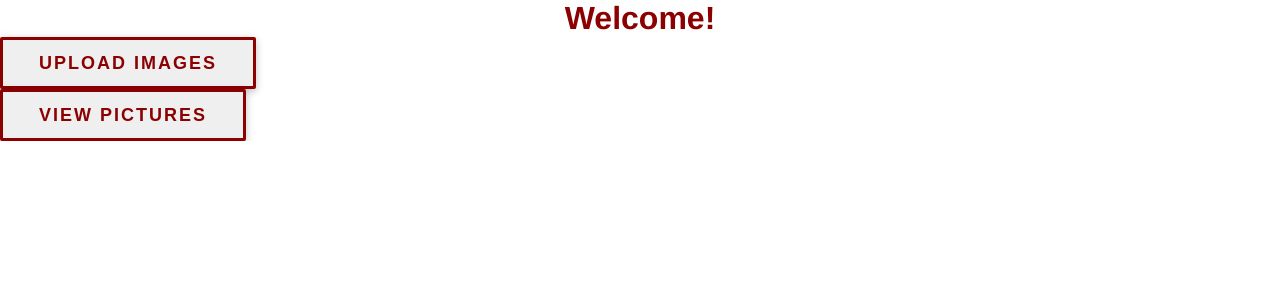
Repository: EricRobertCampbell/palaeo-fossil-classifier
Page: /dashboard (app in palaeo-fossil-classifier/)
The author's editor kept a copy of each file at every save. The page is drawn from the files as they stood at one save, then again after the next save.
The browser window is 1280 px wide. The pictures show the whole page.
Some web libraries are served in a nearby version. The project was rebuilt for these pictures with package versions that can differ from the ones it lists, and the page was loaded fresh each time. The framework's server and built-in components were replaced by stand-ins that run in the browser. Also part of the build but not shown: palaeo-fossil-classifier/next.config.ts, palaeo-fossil-classifier/app/admin.tsx, palaeo-fossil-classifier/app/classify.tsx.

Above is the page before, as saved 2024-11-30 15:08:35.

### palaeo-fossil-classifier/app/dashboard/page.tsx
"use client";
import React from "react";
import styles from "./page.module.css";
import { useState } from "react";
import Admin from "../admin";
import Classify from "../classify";

export default function dashboard() {
  const [component1, setComponent1] = useState(false);
  const [component2, setComponent2] = useState(false);

  const handleAdmin = () => {
    setComponent1(true);
    setComponent2(false);
  };
  const handleClasify = () => {
    setComponent2(true);
    setComponent1(false);
  };

  return (
    <div className={styles.grid}>
      <h1 className={styles.center}>Welcome!</h1>
      <div className={styles.area}>
        <nav className={styles.left}>
          <ul>
            <li className="">
              <button
                className={styles.button}
                onClick={() => {
                  handleAdmin();
                }}
              >
                <span className="nav-text">Upload Images</span>
              </button>
            </li>
            <li className="">
              <button
                className={styles.button}
                onClick={() => {
                  handleClasify();
                }}
              >
                <span className="nav-text">View Pictures</span>
              </button>
            </li>
          </ul>
        </nav>
      </div>
      <div className={styles.comp}>
        <div className={styles.component}>{component1 ? <Admin /> : <></>}</div>
        <div className={styles.component}>
          {component2 ? <Classify /> : <></>}
        </div>
      </div>
    </div>
  );
}

### palaeo-fossil-classifier/app/globals.css
:root {
  --background: #ffffff;
  --foreground: #171717;
}

@media (prefers-color-scheme: dark) {
  :root {
    --background: #0a0a0a;
    --foreground: #ededed;
  }
}

html,
body {
  max-width: 100vw;
  overflow-x: hidden;
}

body {
  color: var(--foreground);
  background: var(--background);
  font-family: Helvetica;
  -webkit-font-smoothing: antialiased;
  -moz-osx-font-smoothing: grayscale;
}

* {
  box-sizing: border-box;
  padding: 0;
  margin: 0;
}

a {
  color: inherit;
  text-decoration: none;
}

@media (prefers-color-scheme: dark) {
  html {
    color-scheme: dark;
  }
}

### palaeo-fossil-classifier/app/dashboard/page.module.css
@import url(//netdna.bootstrapcdn.com/font-awesome/4.0.3/css/font-awesome.css);

@import url(https://fonts.googleapis.com/css?family=Titillium+Web:300);



.center{
    text-align: center;
    color:#8b0000;
}

.area {
    width: 50%;
    float: left;
}

.comp {
    width: 50%;
    float: left;
}

.button {
    font-size: 18px;
    letter-spacing: 2px;
    text-transform: uppercase;
    display: inline-block;
    text-align: center;
    font-weight: bold;
    padding: 0.7em 2em;
    border: 3px solid #8b0000;
    border-radius: 2px;
    position: relative;
    box-shadow: 0 2px 10px rgba(0, 0, 0, 0.16), 0 3px 6px rgba(0, 0, 0, 0.1);
    color: #8b0000;
    text-decoration: none;
    transition: 0.3s ease all;
    z-index: 1;
  }

  .button:before {
    transition: 0.5s all ease;
    position: absolute;
    top: 0;
    left: 50%;
    right: 50%;
    bottom: 0;
    opacity: 0;
    content: '';
    background-color: #8b0000;
    z-index: -1;
  }

  .button:hover, .button:focus {
    color: white;
  }

  .button:hover:before, .button:focus:before {
    transition: 0.5s all ease;
    left: 0;
    right: 0;
    opacity: 1;
  }

  .right{
    float:left;
  }

  .button:active {
    transform: scale(0.9);
  }

Loaded but not shown: palaeo-fossil-classifier/app/layout.tsx (common file)

After the next save:
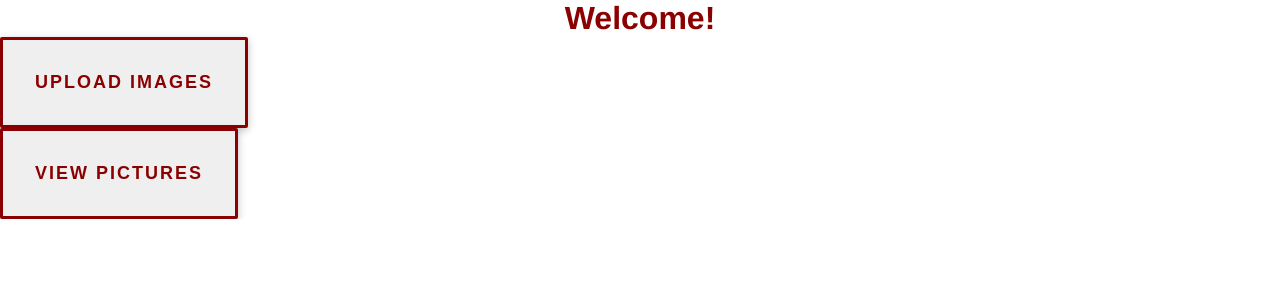
Saved 30 s later.
--- a/palaeo-fossil-classifier/app/dashboard/page.module.css
+++ b/palaeo-fossil-classifier/app/dashboard/page.module.css
@@ -26,7 +26,7 @@
     display: inline-block;
     text-align: center;
     font-weight: bold;
-    padding: 0.7em 2em;
+    padding: 2rem;
     border: 3px solid #8b0000;
     border-radius: 2px;
     position: relative;
